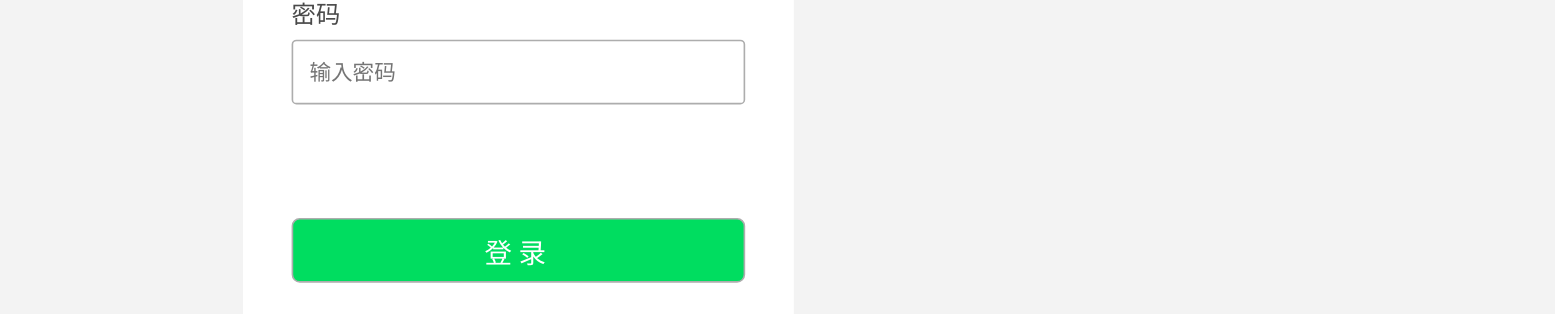
Repository: qxchuckle/LoveUmbrella
Page: index.html
An editor plug-in stored every save of this project. The page is shown before and after the next save, followed by the edit.
The browser window is 1280 px wide. The page is 1920 px wide, then 1280 px, so the pictures cover 1920 px, including what lies to the right of the window. The pictures show the whole page, at 81% of full size.

Above is the page before, as saved 2022-10-02 20:59:27.

### index.html
<!DOCTYPE html>
<html>
	<head>
		<meta charset="utf-8">
		<title>爱心伞注册登录界面</title>
		<link rel="stylesheet" type="text/css" href="index.css" />
	</head>
	<body>
		<div class="control">
            <h2>爱心伞注册登录界面</h2>
			<div class="item">
				<div class="active">登录</div><div>注册</div>
			</div>
			<p id="error_box"></p>
			<div class="content">
				<div style="display: block;">
					<p>账号</p>
					<input class="input1" type="text" placeholder="输入用户名/邮箱" />
					<p>密码</p>
					<input class="input2"  type="text" placeholder="输入密码" />
					<br/>
					<p id="loding_box1"></p>
					<button class="btn1">登录</button>
				</div>
				<div>
					<p>用户名</p>
					<input class="input3"  type="text" placeholder="输入用户名" />
					<p>密码</p>
					<input class="input4"  type="text" placeholder="输入密码" />
					<p>邮箱</p>
					<input class="input5"  type="text" placeholder="输入邮箱" />
					<br/>
					<p id="loding_box2"></p>
					<button class="btn2">注册</button>
				</div>
			</div>
		</div>

		<script src="index.js"></script>
	</body>
</html>

### index.css
*{
	margin: 0;
	padding: 0;
}
body{
	background: #f3f3f3;
	transform: scale(2, 2);
}
.control{
	width: 340px;
	background: white;
	position: absolute;
	top: 50%;
	left: 50%;
	transform: translate(-50%,-50%);
	border-radius: 5px;
}
.control h2{
	text-align: center;
	padding: 10px;
}
.item{
	width: 340px;
	height: 60px;
	background: #eeeeee;
}
.item div{
	width: 170px;
	height: 60px;
	display: inline-block;
	color: black;
	font-size: 18px;
	text-align: center;
	line-height: 60px;
	cursor: pointer;
}
.content{
	width: 100%;
}
.content div{
	margin: 20px 30px;
	display: none;
	text-align: left;
}
p{
	color: #4a4a4a;
	margin-top: 30px;
	margin-bottom: 6px;
	font-size: 15px;
}
.content input[type="text"], .content input[type="password"]{
	width: 100%;
	height: 40px;
	border-radius: 3px;
	border: 1px solid #adadad;
	padding: 0 10px;
	box-sizing: border-box;
}
.content button{
	margin-top: 40px;
	width: 100%;
	height: 40px;
	border-radius: 5px;
	color: white;
	border: 1px solid #adadad;
	background: #00dd60;
	font-size: 17px;
	cursor: pointer;
	letter-spacing: 4px;
	margin-bottom: 40px;
}
.content button:hover{
	background: #36e2e2;
}
.content button:active{
	background: #fa5d5d;
}
.active{
	background: white;
}
.item div:hover{
	background: #f6f6f6;
}
#error_box{
	text-align: center;
	color: #fa5d5d;
	font-weight: 600;
	font-size: 17px;
	margin-top: 15px;
	margin-bottom: -10px;
}

### index.js
const btn1 = document.querySelector(".btn1");
const btn2 = document.querySelector(".btn2");
var oError = document.getElementById("error_box");
var oLoding1 = document.getElementById("loding_box1");
var oLoding2 = document.getElementById("loding_box2");
const account1 = document.querySelector(".input1");
const password1 = document.querySelector(".input2");
const account2 = document.querySelector(".input3");
const password2 = document.querySelector(".input4");
const email = document.querySelector(".input5");
window.onload = function () {
	var item = document.getElementsByClassName("item");
	var it = item[0].getElementsByTagName("div");

	var content = document.getElementsByClassName("content");
	var con = content[0].getElementsByTagName("div");

	for (let i = 0; i < it.length; i++) {
		it[i].onclick = function () {
			for (let j = 0; j < it.length; j++) {
				it[j].className = '';
				con[j].style.display = "none";
			}
			this.className = "active";
			it[i].index = i;
			con[i].style.display = "block";
			oError.innerHTML = "";
		}
	}
}
function setCookies(obj, limitTime) {
	let data = new Date(new Date().getTime() + limitTime * 24 * 60 * 60 * 1000).toUTCString()
	for (let i in obj) {
		document.cookie = i + '=' + obj[i] + ';expires=' + data
	}
}
function getCookie(name) {
	var arr, reg = new RegExp("(^| )" + name + "=([^;]*)(;|$)");
	if (arr = document.cookie.match(reg))
		return unescape(arr[2]);
	else
		return null;
}
var cookieValue = getCookie('token');
//自动登录
if (cookieValue) {
	window.location.href = '/zhuye/';
}
//登录
btn1.addEventListener("click", function () {
	oError.innerHTML = "";
	if (account1.value.length > 20 || account1.value.length < 2) {
		oError.innerHTML = "账号请输入2-20位字符";
		return;
	}
	if (password1.value.length > 20 || password1.value.length < 6) {
		oError.innerHTML = "密码请输入6-20位字符"
		return;
	} else for (var i = 0; i < password1.value.charCodeAt(i); i++) {
		if ((password1.value.charCodeAt(i) < 48) || (password1.value.charCodeAt(i) > 57) && (password1.value.charCodeAt(i) < 97) || (password1.value.charCodeAt(i) > 122)) {
			oError.innerHTML = "密码必须为字母跟数字组成";
			return;
		}
	}
	oLoding1.innerHTML = "<img src='loding.gif'>登录中";
	fetch('https://mock.apifox.cn/m1/1703731-0-default/login', {
		method: "POST",
		body: JSON.stringify({ account: account1.value, password: password1.value }),
		headers: {
			"Content-Type": "application/json"
		},
	})
		.then(response => {
			if (response.ok) {
				return response.json();
			} else {
				return Promise.reject('QAQ出错啦');
			}
		})
		.then(data => {
			console.log(data);
			oError.innerHTML = "登录成功";
			setCookies({
				token: data.list.token,
			}, 7);
			oLoding1.innerHTML = "";
			window.location.href = '/zhuye/';
		});
});

//注册
btn2.addEventListener("click", function () {
	oError.innerHTML = "";
	if (account2.value.length > 20 || account2.value.length < 2) {
		oError.innerHTML = "账号请输入2-20位字符";
		return;
	}
	if (password2.value.length > 20 || password2.value.length < 6) {
		oError.innerHTML = "密码请输入6-20位字符"
		return;
	} else for (var i = 0; i < password2.value.charCodeAt(i); i++) {
		if ((password2.value.charCodeAt(i) < 48) || (password2.value.charCodeAt(i) > 57) && (password2.value.charCodeAt(i) < 97) || (password2.value.charCodeAt(i) > 122)) {
			oError.innerHTML = "密码必须为字母跟数字组成";
			return;
		}
	}
	var email_Regex = new RegExp('^.+@[A-Z0-9a-z]+\.[a-zA-Z]+$');
	if (!email_Regex.test(email.value)) {
		oError.innerHTML = "邮箱格式不正确";
		return;
	}
	oLoding2.innerHTML = "<img src='loding.gif'>注册中";
	fetch('https://mock.apifox.cn/m1/1703731-0-default/register', {
		method: "POST",
		body: JSON.stringify({ account: account2.value, password: password2.value, email: email.value }),
		headers: {
			"Content-Type": "application/json"
		},
	})
		.then(response => {
			if (response.ok) {
				return response.json();
			} else {
				return Promise.reject('QAQ出错啦');
			}
		})
		.then(data => {
			oError.innerHTML = "注册成功";
			oLoding2.innerHTML = "";
	     	window.location.href = '/';
		});
});

After the next save:
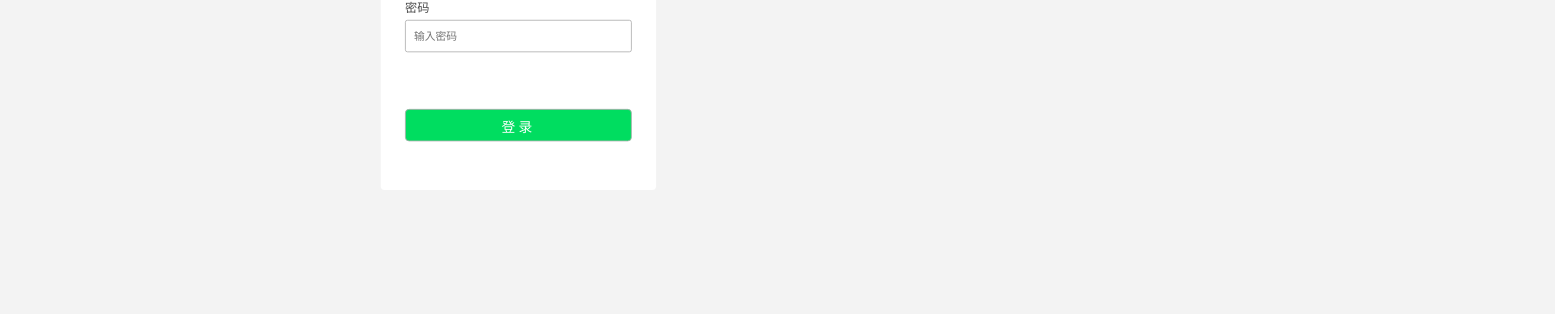
Saved 12 s later.
--- a/index.css
+++ b/index.css
@@ -4,7 +4,7 @@
 }
 body{
 	background: #f3f3f3;
-	transform: scale(2, 2);
+	transform: scale(1, 1);
 }
 .control{
 	width: 340px;
